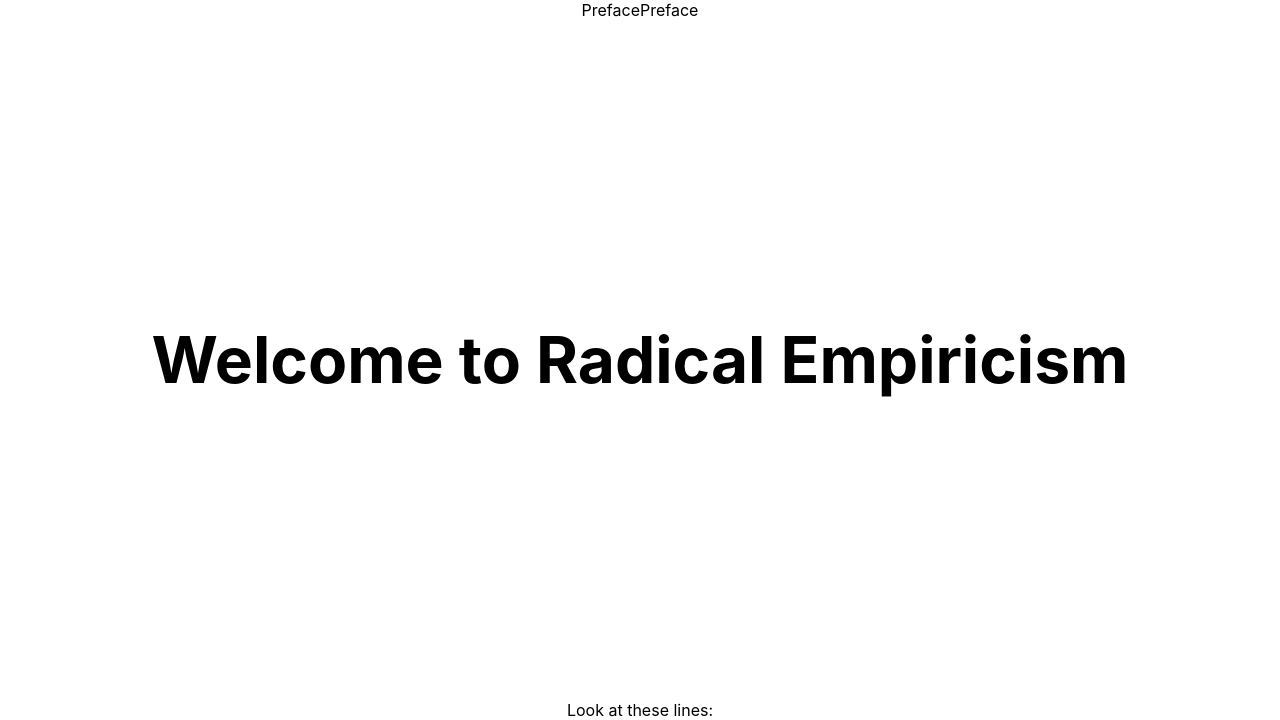
Repository: mcverter/EthicalPataphysicsOfAnarchism
Page: / (app in RadicalEmpiricism/src/nextjs/)
The author's editor kept a copy of each file at every save. The page is drawn from the files as they stood at one save, then again after the next save.
The browser window is 1280 px wide. The pictures show the whole page.
The project was rebuilt for these pictures with package versions that can differ from the ones it lists, and the page was loaded fresh each time. The framework's server and built-in components were replaced by stand-ins that run in the browser.

Above is the page before, as saved 2022-01-08 17:30:01.

### RadicalEmpiricism/src/nextjs/pages/index.js
import React, { useEffect, useState } from "react";
import Head from "next/head";
import styles from "../styles/Home.module.css";
import axios from "axios";
import { tiFrench } from "../data/sentences/TIFrenchSentences";
import { tiEnglish } from "../data/sentences/TIEnglishSentences";

let ROOT_URL = "http://localhost:8080/src/data/sentences/";
let TIFrenchSentences, TIEnglishSentences;

export default function Home() {
  //useEffect(() => fetchSentences());
  const [frenchTISentences, setFrenchTISentences] = useState(
    tiFrench.split("\n")
  );
  const [englishTISentences, setEnglishTISentences] = useState(
    tiEnglish.split("\n")
  );
  console.log(tiFrench, frenchTISentences);
  console.log(tiEnglish, englishTISentences);

  const fetchSentences = () => {
    axios({
      headers: { "Access-Control-Allow-Origin": "*" },
      method: "get",
      url: `${ROOT_URL}TIFrenchSentences.txt`,
    })
      .then(function (response) {
        TIFrenchSentences = response.data.split("\n");
        setFrenchTISentences(TIFrenchSentences);
        debugger;
      })
      .catch((err) => console.error("err", err));
    axios({
      headers: { "Access-Control-Allow-Origin": "*" },
      method: "get",
      url: `${ROOT_URL}TIEnglishSentences.txt`,
    })
      .then(function (response) {
        TIEnglishSentences = response.data.split("\n");
        setEnglishTISentences(TIEnglishSentences);
        debugger;
      })
      .catch((err) => console.error("err", err));
  };

  return (
    <div className={styles.container}>
      <Head>
        <title>Hello Levinas Scholars</title>
      </Head>
      {frenchTISentences &&
        frenchTISentences.length > 0 &&
        englishTISentences &&
        englishTISentences.length > 0 && (
          <div>
            {frenchTISentences[0]}
            {englishTISentences[0]}
          </div>
        )}
      <main className={styles.main}>
        <h1 className={styles.title}>Welcome to Radical Empiricism</h1>
      </main>
      <div>Look at these lines:</div>
    </div>
  );
}

Loaded but not shown: RadicalEmpiricism/src/nextjs/pages/_app.js (common file); RadicalEmpiricism/src/nextjs/styles/globals.css (common file); RadicalEmpiricism/src/nextjs/styles/Home.module.css (common file); RadicalEmpiricism/src/nextjs/data/sentences/TIFrenchSentences.js (library); RadicalEmpiricism/src/nextjs/data/sentences/TIEnglishSentences.js (library)

After the next save:
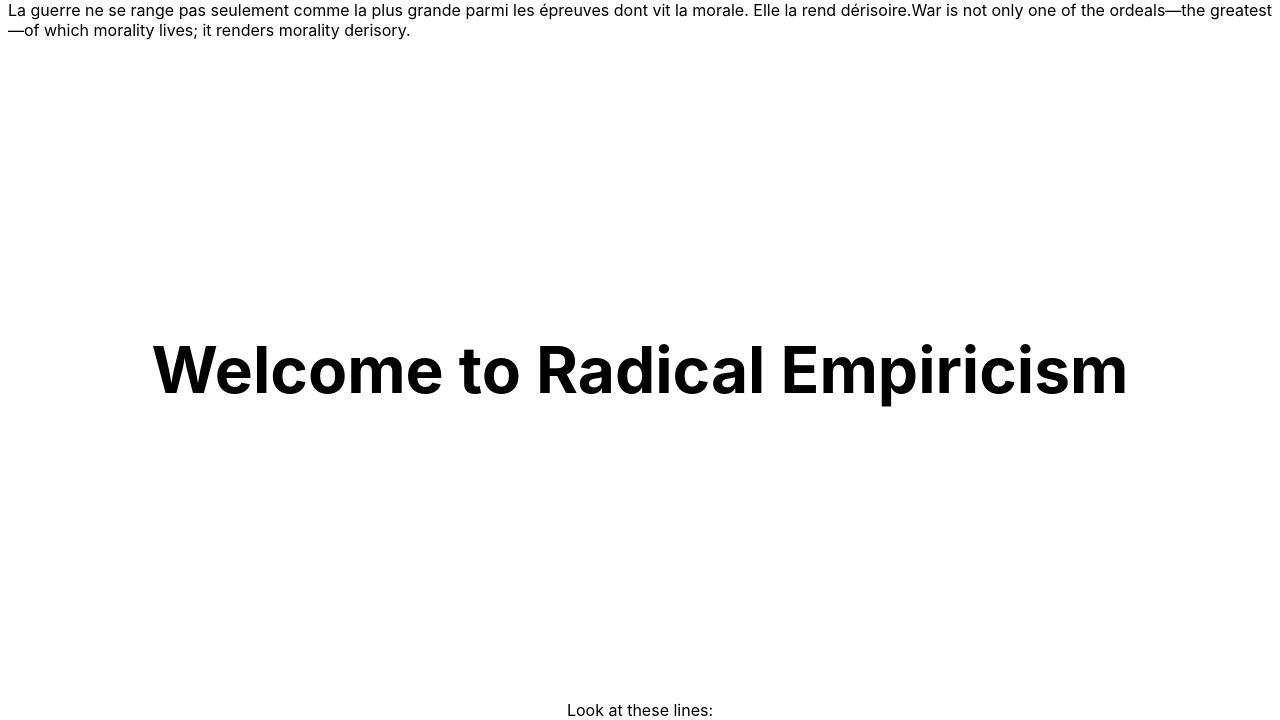
Saved 38 s later.
--- a/RadicalEmpiricism/src/nextjs/pages/index.js
+++ b/RadicalEmpiricism/src/nextjs/pages/index.js
@@ -54,8 +54,8 @@ export default function Home() {
         englishTISentences &&
         englishTISentences.length > 0 && (
           <div>
-            {frenchTISentences[0]}
-            {englishTISentences[0]}
+            {frenchTISentences[5]}
+            {englishTISentences[5]}
           </div>
         )}
       <main className={styles.main}>
